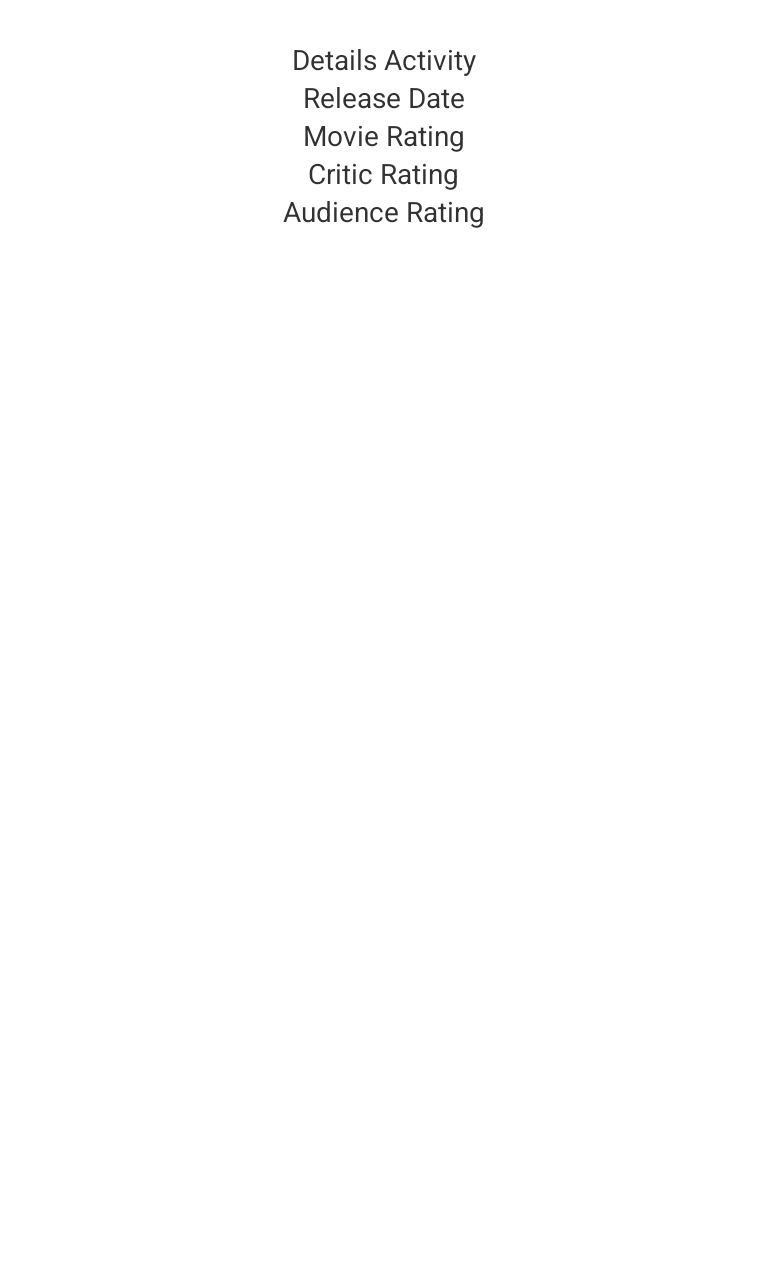
Repository: efreestone/Java2_Freestone
Layout: Java2Project2/res/layout/activity_details.xml
These files come from the project's save history. The layout is drawn as it stood at one moment and after the next save; the edit follows.
It is drawn on a 768 x 1280 px phone screen (xhdpi) without system bars, with theme AppTheme; the app's code is not run.

Above is the layout before, as saved 2014-05-15 21:12:31.

### Java2Project2/res/layout/activity_details.xml
<?xml version="1.0" encoding="utf-8"?>
<LinearLayout xmlns:android="http://schemas.android.com/apk/res/android"
    android:layout_width="match_parent"
    android:layout_height="match_parent"
    android:orientation="vertical"
    android:gravity="center_horizontal"
    android:paddingTop="20dp">

    <TextView
        android:id="@+id/titleTextView"
        android:layout_width="wrap_content"
        android:layout_height="wrap_content"
        android:text="Details Activity" />

    <TextView
        android:id="@+id/releaseTextView"
        android:layout_width="wrap_content"
        android:layout_height="wrap_content"
        android:text="Release Date" />

    <TextView
        android:id="@+id/movieRatingTextView"
        android:layout_width="wrap_content"
        android:layout_height="wrap_content"
        android:text="Movie Rating" />

    <TextView
        android:id="@+id/criticRatingTextView"
        android:layout_width="wrap_content"
        android:layout_height="wrap_content"
        android:text="Critic Rating" />

    <TextView
        android:id="@+id/audienceRatingTextView"
        android:layout_width="wrap_content"
        android:layout_height="wrap_content"
        android:text="Audience Rating" />

</LinearLayout>

### Java2Project2/res/drawable-hdpi/button_background.xml
<?xml version="1.0" encoding="utf-8"?>
<selector xmlns:android="http://schemas.android.com/apk/res/android" >
    <!-- Button Image when pressed -->
    <item
        android:drawable="@drawable/gradient_pressed_9patch"
        android:state_pressed="true"/>

    <!-- Button Image -->
    <item
        android:drawable="@drawable/gradient_9patch"/>



</selector>

### Java2Project2/res/drawable-ldpi/button_background.xml
<?xml version="1.0" encoding="utf-8"?>
<selector xmlns:android="http://schemas.android.com/apk/res/android" >
    <!-- Button Image when pressed -->
    <item
        android:drawable="@drawable/gradient_pressed_9patch"
        android:state_pressed="true"/>

    <!-- Button Image -->
    <item
        android:drawable="@drawable/gradient_9patch"/>



</selector>

### Java2Project2/res/drawable-mdpi/button_background.xml
<?xml version="1.0" encoding="utf-8"?>
<selector xmlns:android="http://schemas.android.com/apk/res/android" >
    <!-- Button Image when pressed -->
    <item
        android:drawable="@drawable/gradient_pressed_9patch"
        android:state_pressed="true"/>

    <!-- Button Image -->
    <item
        android:drawable="@drawable/gradient_9patch"/>



</selector>

### Java2Project2/res/drawable-xhdpi/button_background.xml
<?xml version="1.0" encoding="utf-8"?>
<selector xmlns:android="http://schemas.android.com/apk/res/android" >
    <!-- Button Image when pressed -->
    <item
        android:drawable="@drawable/gradient_pressed_9patch"
        android:state_pressed="true"/>

    <!-- Button Image -->
    <item
        android:drawable="@drawable/gradient_9patch"/>



</selector>

### Java2Project2/res/drawable-xxhdpi/button_background.xml
<?xml version="1.0" encoding="utf-8"?>
<selector xmlns:android="http://schemas.android.com/apk/res/android" >
    <!-- Button Image when pressed -->
    <item
        android:drawable="@drawable/gradient_pressed_9patch"
        android:state_pressed="true"/>

    <!-- Button Image -->
    <item
        android:drawable="@drawable/gradient_9patch"/>



</selector>

### Java2Project2/res/values/strings.xml
<?xml version="1.0" encoding="utf-8"?>
<resources>

    <string name="app_name">What 2 Watch</string>
    <string name="detail_name">Details Activity</string>
    <string name="action_settings">Settings</string>
    <string name="titleString">DVD New Releases</string>

    <string name="buttonString">Get New Releases</string>
    <string name="moreInfoButtonString">Get More Info</string>

    <!-- Connection Alert strings -->
    <string name="noConnectionTitle">Connection Error</string>
    <string name="noConnectionAlert">This application requires internet access. Please check your network connection and try again.</string>

    <string name="noFileTitle">File does not exist</string>
    <string name="noFileAlert">The file does not exist on your device so it was requested from the API. Select Get New Releases to update the ListView</string>

</resources>

Loaded but not shown: Java2Project2/res/values/styles.xml (common file); Java2Project2/res/values-v11/styles.xml (common file); Java2Project2/res/values-v14/styles.xml (common file)

After the next save:
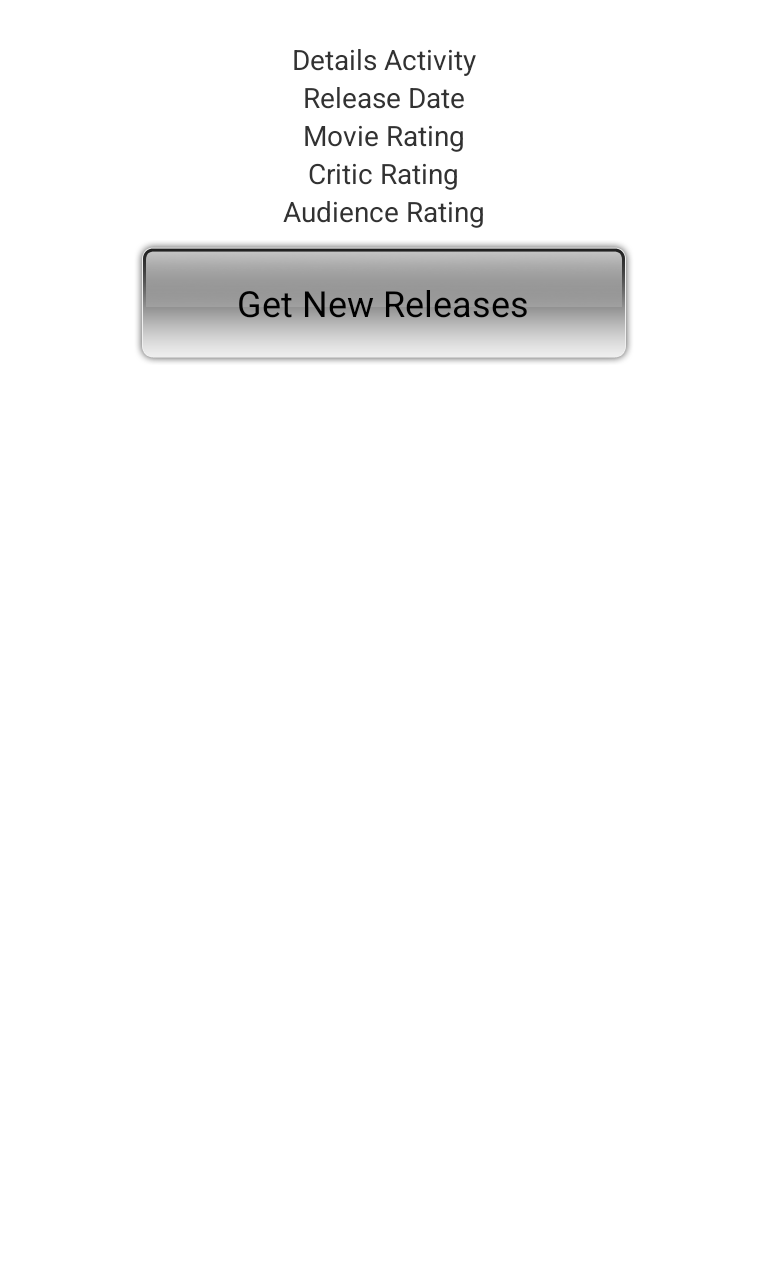
Saved 4 s later.
--- a/Java2Project2/res/layout/activity_details.xml
+++ b/Java2Project2/res/layout/activity_details.xml
@@ -36,4 +36,15 @@
         android:layout_height="wrap_content"
         android:text="Audience Rating" />
 
+    <Button
+        android:id="@+id/moreInfoButton"
+        android:layout_width="wrap_content"
+        android:layout_height="wrap_content"
+        android:layout_gravity="center"
+        android:layout_margin="5dp"
+        android:background="@drawable/button_background"
+        android:clickable="true"
+        android:text="@string/buttonString"
+        android:width="250dp" />
+
 </LinearLayout>
